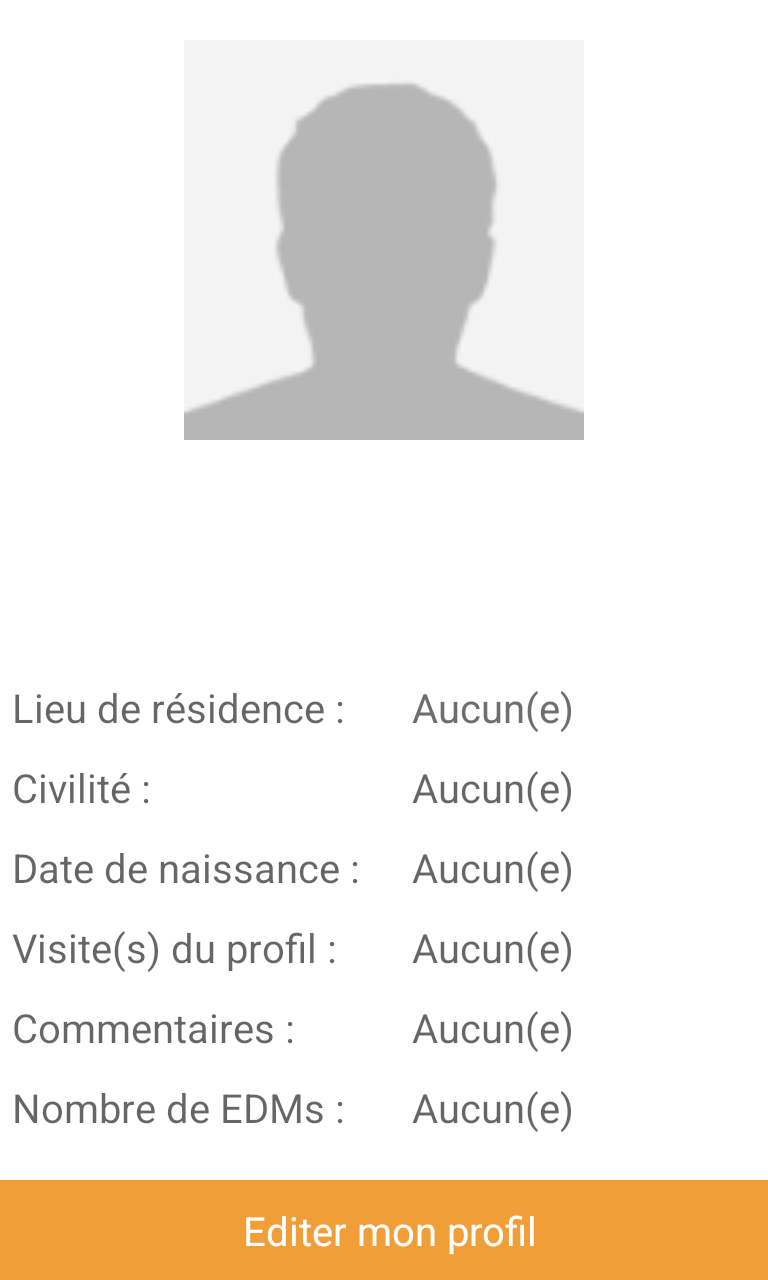
Repository: pierrealexvezinet/excusedemerde
Layout: edm/res/layout/account_fragment.xml
An editor plug-in stored every save of this project. The layout is shown before and after the next save, followed by the edit.
It is drawn on a 768 x 1280 px phone screen (xhdpi) without system bars, with theme Theme.AppCompat.Light; the app's code is not run.

Above is the layout before, as saved 2014-02-15 18:30:27.

After the next save:
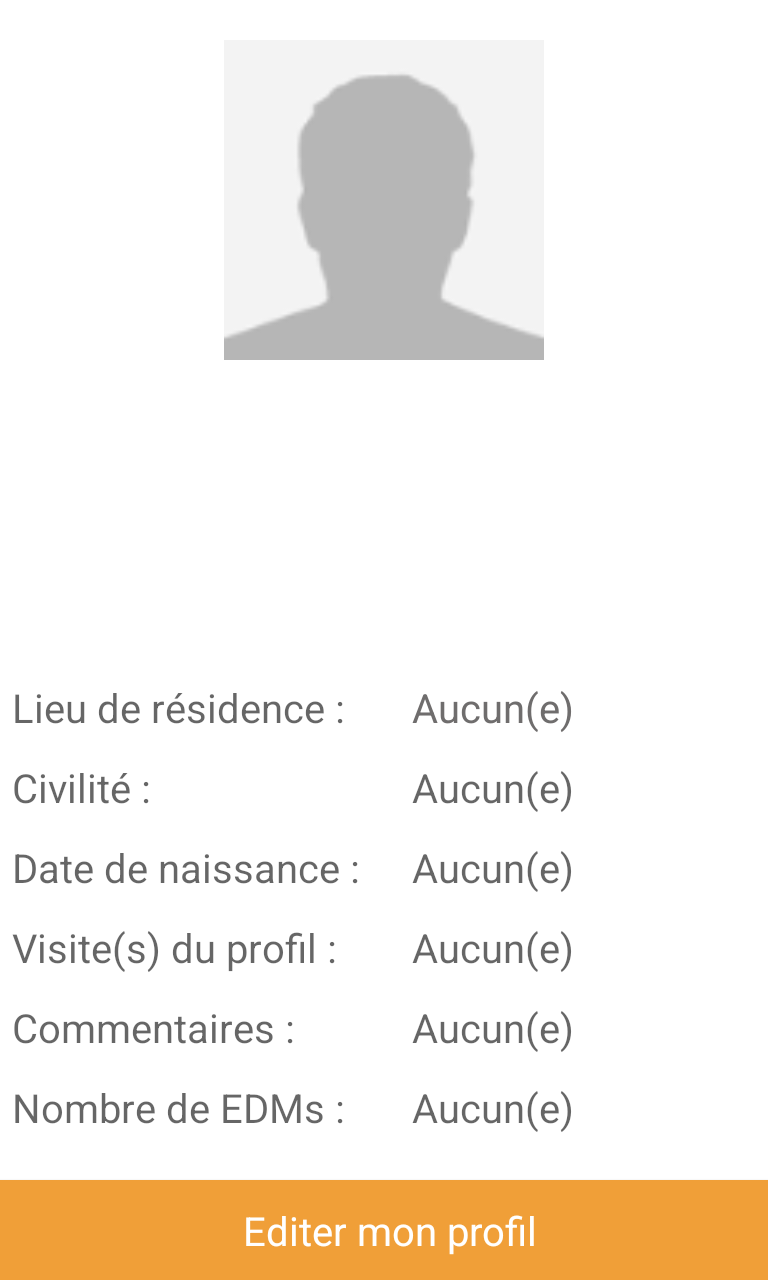
Saved 12 s later.
--- a/edm/res/layout/account_fragment.xml
+++ b/edm/res/layout/account_fragment.xml
@@ -23,7 +23,7 @@
                 android:id="@+id/imgv_user_photo"
                 android:layout_width="match_parent"
                 android:layout_marginTop="20dp"
-                android:layout_height="200dp"
+                android:layout_height="160dp"
                 android:layout_alignParentTop="true"
                 android:layout_centerHorizontal="true"
                 android:contentDescription="@string/user_photo"
